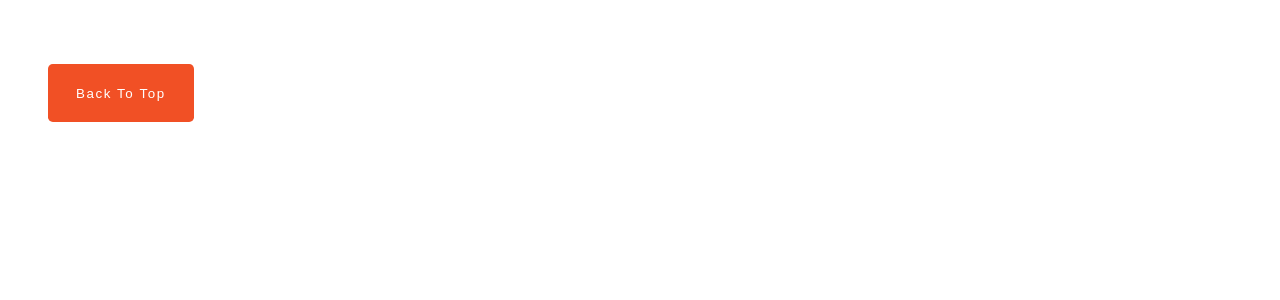
Repository: Ndifoinhilary/css_grid
Page: css-grid-learn/index.html
An editor plug-in stored every save of this project. The page is shown before and after the next save, followed by the edit.
The browser window is 1280 px wide. The pictures show the whole page.

Above is the page before, as saved 2024-01-28 09:35:28.

### css-grid-learn/index.html
<!DOCTYPE html>
<html lang="en">
<head>
    <meta charset="UTF-8">
    <meta name="viewport" content="width=device-width, initial-scale=1.0">
    <title>Css grid</title>
    <link rel="stylesheet" href="/fontawesome-free-5.12.1-web/css/all.min.css">
    <link rel="stylesheet" href="/css-grid-learn/main.css">
</head>
<body>
    <button type="submit" class="btn">back to top</button>
</body>
</html>

### css-grid-learn/main.css


:root{
    --primaryColor:#f15025;
    --mainBlack:#222;
    --mainWhite:#fff;
    --offwhite:#f7f7f7;
    --darkGrey:#afafaf;
    --mainTransition:all 0.3s linear;
    --mainSpacing:2rem;
}



*{
    margin: 0;
    padding: 0;
    box-sizing: border-box;
}





/* root variables  */

body{
    font-family:'Franklin Gothic Medium', 'Arial Narrow', Arial, sans-serif;
    color: var(--mainBlack);
    background: var(--mainWhite);
    line-height: 1.5rem;
}

a {
    text-decoration: none;
}

ul{
    list-style-type: none;
}

img{
    width: 100%;
    display: block;
}


h1, h2, h3{
    text-transform: capitalize;
    letter-spacing:var(--mainSpacing);
    margin-bottom: 1.25rem;
}

h1{
    font-size: 3rem;
}

h2{
    font-size: 1.5rem;
    margin-bottom:0 ;
}
h1{
    font-size: 0.75rem;
}
p{
    font-weight: 300px;
    font-size: 0.6rem;
    line-height: 2;
}

.btn{
    background: var(--primaryColor);
    color: var(--mainWhite);
    padding: 0.357rem 0.75rem;
    text-transform: capitalize;
    letter-spacing: 0.1rem;
    border: 1rem solid transparent;
    /*transition: var(--mainTransition);
    */cursor: pointer;
    border-radius: 0.3rem;
   margin-left: 3rem;
   margin-top: 4rem;
}

Loaded but not shown: fontawesome-free-5.12.1-web/css/all.min.css (library)

After the next save:
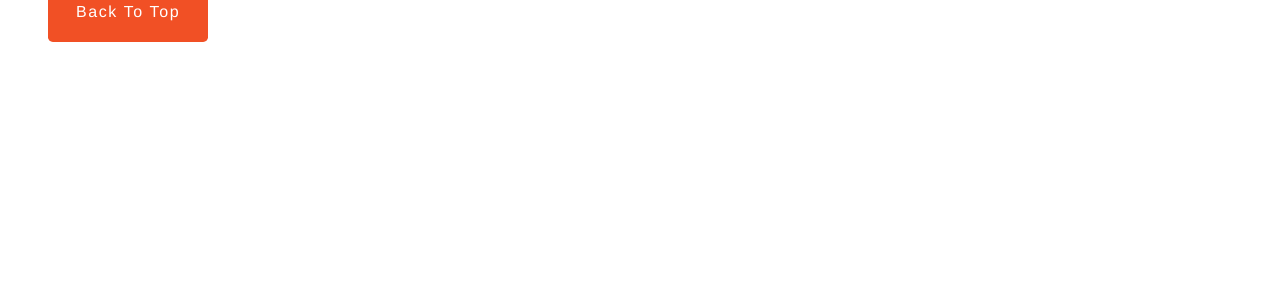
Saved 4 min 23 s later.
--- a/css-grid-learn/index.html
+++ b/css-grid-learn/index.html
@@ -8,6 +8,6 @@
     <link rel="stylesheet" href="/css-grid-learn/main.css">
 </head>
 <body>
-    <button type="submit" class="btn">back to top</button>
+   <a href="index.html" class="btn">back to top</a>
 </body>
 </html>
--- a/css-grid-learn/main.css
+++ b/css-grid-learn/main.css
@@ -81,3 +81,9 @@ p{
    margin-left: 3rem;
    margin-top: 4rem;
 }
+
+
+.btn:hover{
+    background: var(--mainWhite);
+    color: var(--primaryColor);
+}
